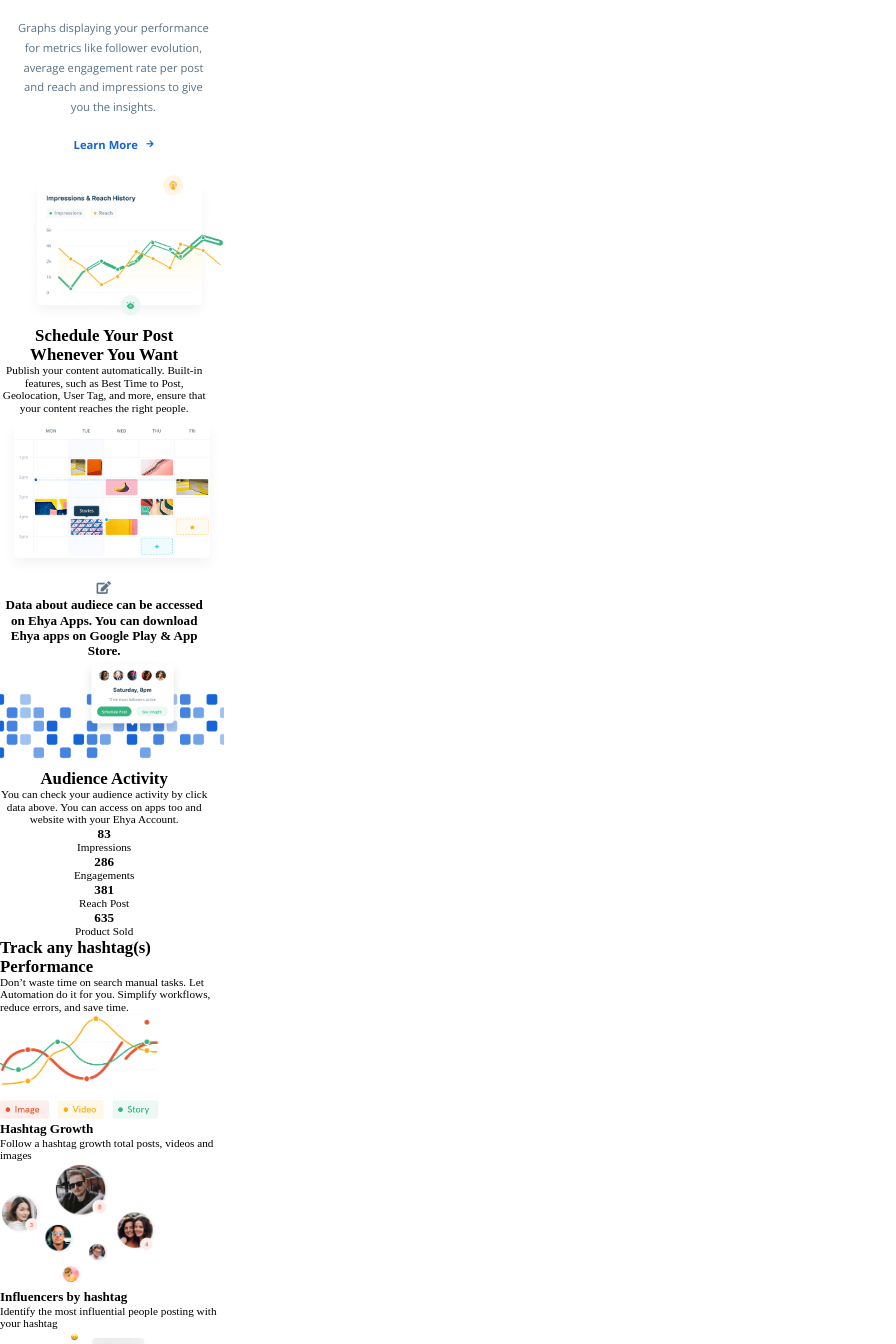
Repository: Eduardo-Tamborelli-Ferreira-lino/FrontEnd
Page: projetos/Prova-CSS/index.html
The author's editor kept a copy of each file at every save. The page is drawn from the files as they stood at one save, then again after the next save.
The browser window is 1280 px wide. The pictures show the part of the page from y = 1073 to 2993 px (the page is 4954 px tall before and 4969 px after), at 70% of full size.

Above is the page before, as saved 2026-03-12 13:52:25.

After the next save:
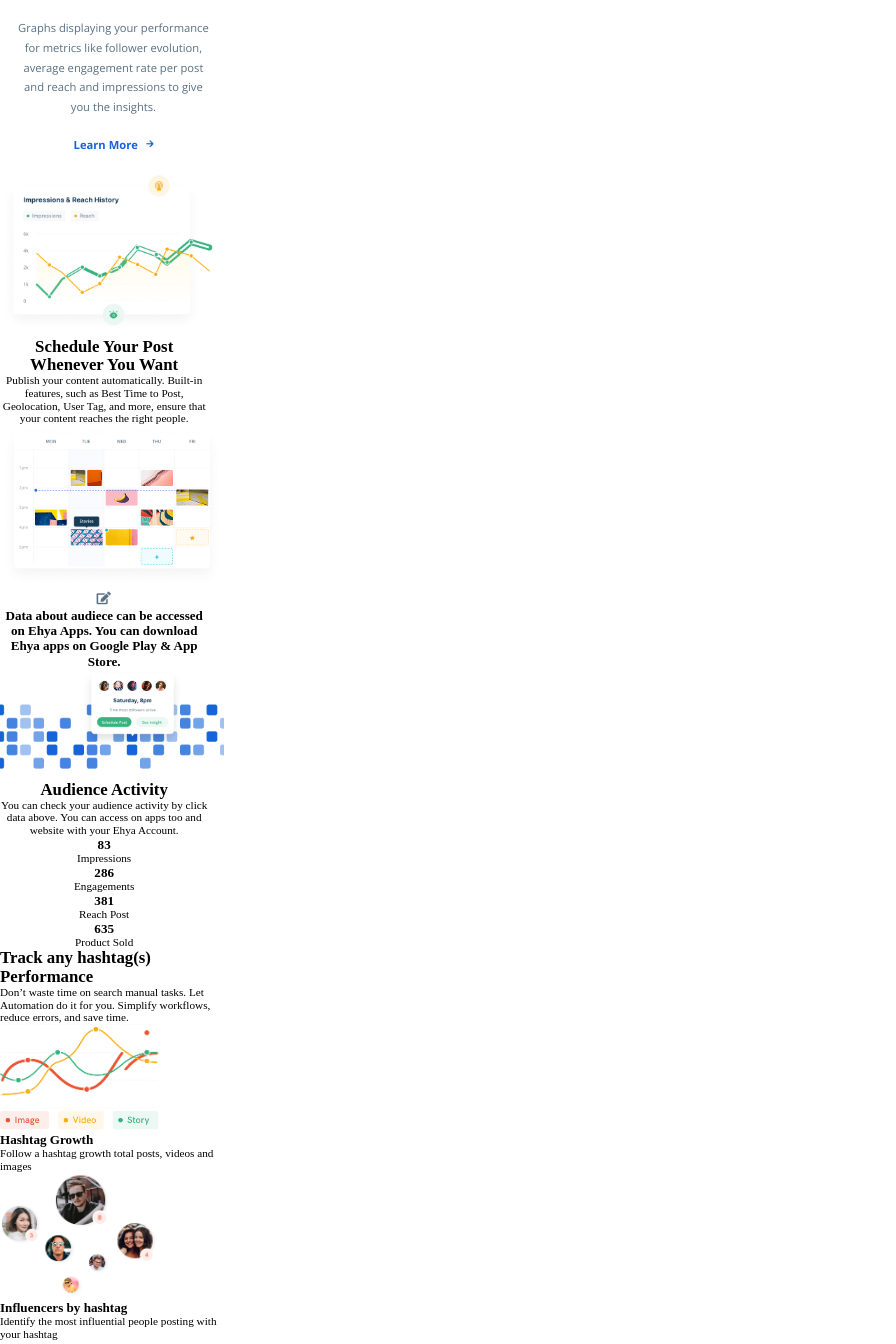
Saved 4 s later.
--- a/projetos/Prova-CSS/style.css
+++ b/projetos/Prova-CSS/style.css
@@ -182,7 +182,7 @@
     color: #1565D8;
 }
 
-
+#impressions-button a
 
 #impressions-graph img{
     width: 17.724rem;

After the save that followed:
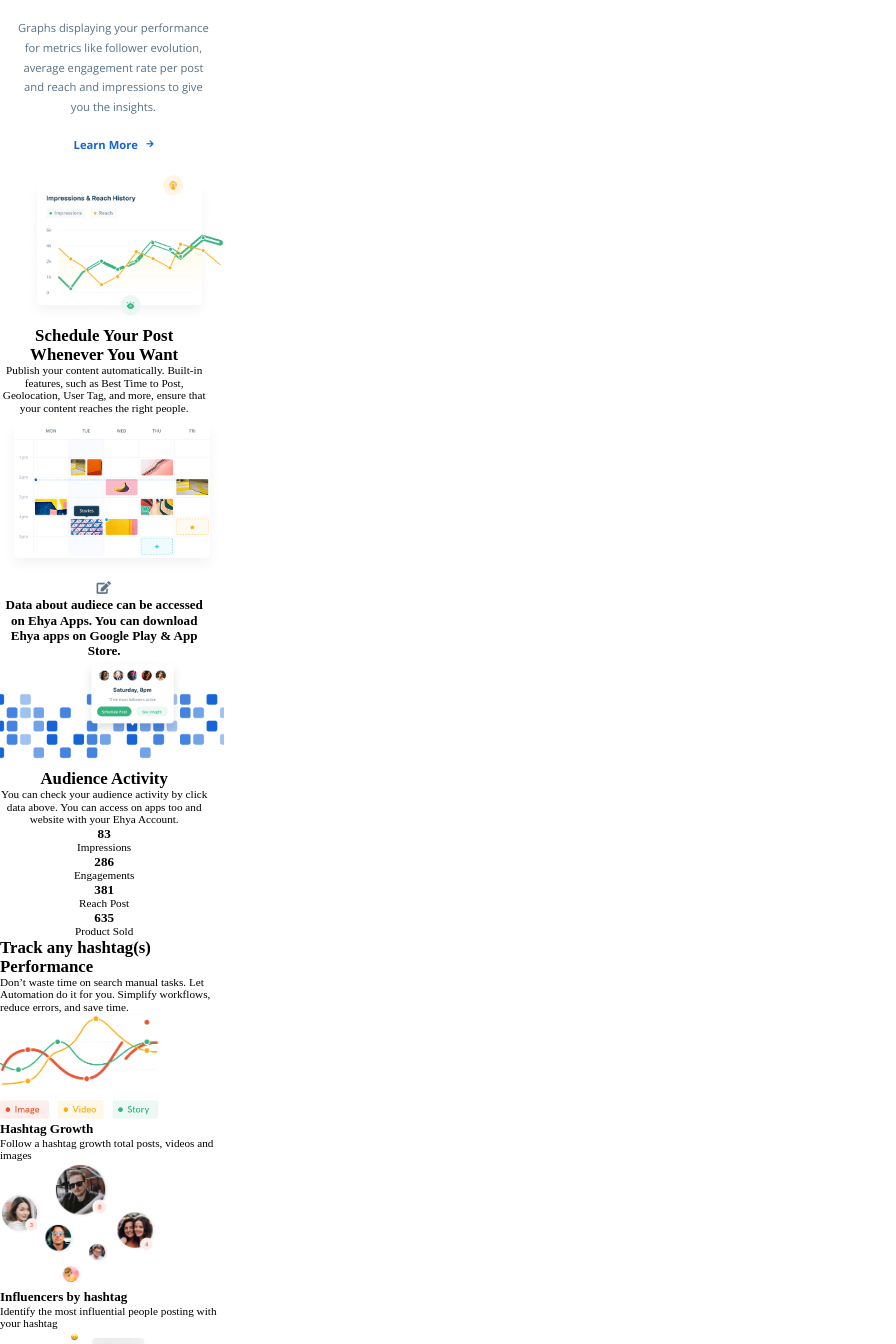
Saved 6 s later.
--- a/projetos/Prova-CSS/style.css
+++ b/projetos/Prova-CSS/style.css
@@ -182,7 +182,9 @@
     color: #1565D8;
 }
 
-#impressions-button a
+#impressions-button img{
+
+}
 
 #impressions-graph img{
     width: 17.724rem;
